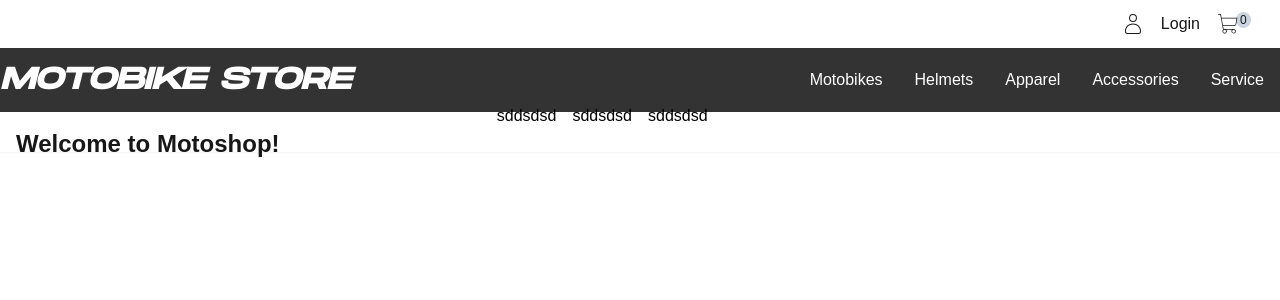
Repository: Than-sothearak/next-motoshop
Page: /
The author's editor kept a copy of each file at every save. The page is drawn from the files as they stood at one save, then again after the next save.
The browser window is 1280 px wide. The pictures show the whole page.
The project was rebuilt for these pictures with package versions that can differ from the ones it lists, and the page was loaded fresh each time. The framework's server and built-in components were replaced by stand-ins that run in the browser. Also part of the build but not shown: next.config.mjs.

Above is the page before, as saved 2024-10-10 21:36:27.

### app/layout.js
import localFont from "next/font/local";
import "./globals.css";
import Navbar from "./components/Navbar";

export const metadata = {
  title: "Create Next App",
  description: "Generated by create next app",
};

export default function RootLayout({ children }) {
  return (
    <html lang="en">
      <body

      >
        <Navbar />
        {children}
      </body>
    </html>
  );
}

### app/page.js
export default function Home() {
  return (
    <div className="p-4">
    <h1 className="text-2xl font-bold">Welcome to Motoshop!</h1>
    {/* Product listing here */}
  </div>
  );
}

### app/components/Navbar.js
"use client";
import { PiShoppingCartThin } from "react-icons/pi";
import { CiUser } from "react-icons/ci";
import { usePathname } from "next/navigation";
const links = [
  { title: "Motobikes", link: "/motobike" },
  {
    title: "Helmets",
    link: "/helmets",
    subLink: [{ title: "Fullface", link: "/helmets/fullface" }],
  },
  { title: "Apparel", link: "/apparel" },
  { title: "Accessories", link: "/accessories" },
  { title: "Service", link: "/service" },
];
export default function Navbar() {
  const partName = usePathname();
  console.log(partName);
  return (
    <>
      <div className="flex gap-4 h-12 justify-end px-10 items-center">
        <CiUser size={24} className="cursor-pointer" />
        Login
        <div>
          <div className="relative">
            <p className="absolute bg-slate-300 text-xs rounded-full px-1 left-5">
              0
            </p>
          </div>
          <PiShoppingCartThin size={24} className="relative cursor-pointer" />
        </div>
      </div>
      <nav className="mx-auto text-black bg-black/80 flex justify-between relative">
        <div className="container mx-auto flex justify-between items-center">
          <div className="h-16 flex justify-center items-center">
            <a
              href="/"
              className="italic font-bold text-3xl font-monument text-white uppercase"
            >
              Motobike store
            </a>
          </div>

          <div className="flex text-white">
            {links.map((link) => (
              <div
                key={link.title}
                className={`${
                  partName === link.link ? "bg-black underline" : ""
                } flex gap-4 h-16 px-4 justify-center items-center`}
              >
                <a href={link.link} className="cursor-pointer hover:underline">
                  <h3>{link.title} </h3>
                </a>
              </div>
            ))}
          </div>
        </div>

      <div className="container mx-auto shadow-sm p-4 h-16 justify-center flex absolute z-20 top-10">
        <div>
          <ul className="grid grid-cols-4 gap-4">
            <a>sddsdsd</a>
            <a>sddsdsd</a>
            <a>sddsdsd</a>
          </ul>
        </div>
      </div>
      </nav>

    </>
  );
}

Loaded but not shown: app/globals.css (common file); tailwind.config.js (common file)

After the next save:
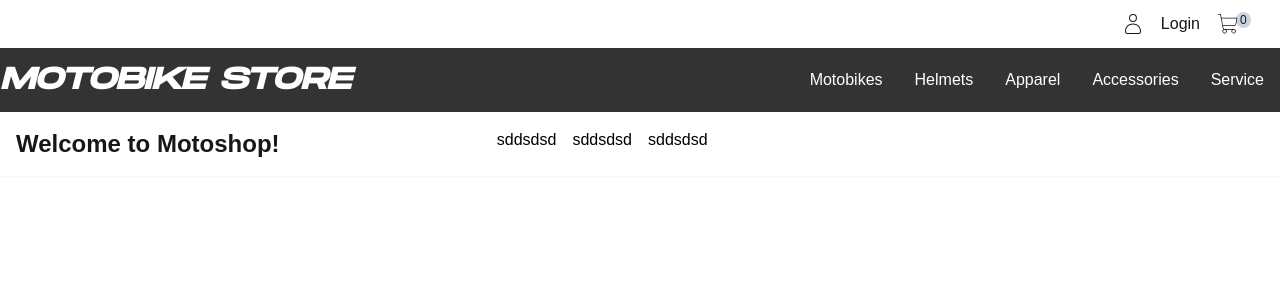
Saved 5 s later.
--- a/app/components/Navbar.js
+++ b/app/components/Navbar.js
@@ -57,7 +57,7 @@ export default function Navbar() {
           </div>
         </div>
 
-      <div className="container mx-auto shadow-sm p-4 h-16 justify-center flex absolute z-20 top-10">
+      <div className="container mx-auto shadow-sm p-4 h-16 justify-center flex absolute z-20 top-16">
         <div>
           <ul className="grid grid-cols-4 gap-4">
             <a>sddsdsd</a>
